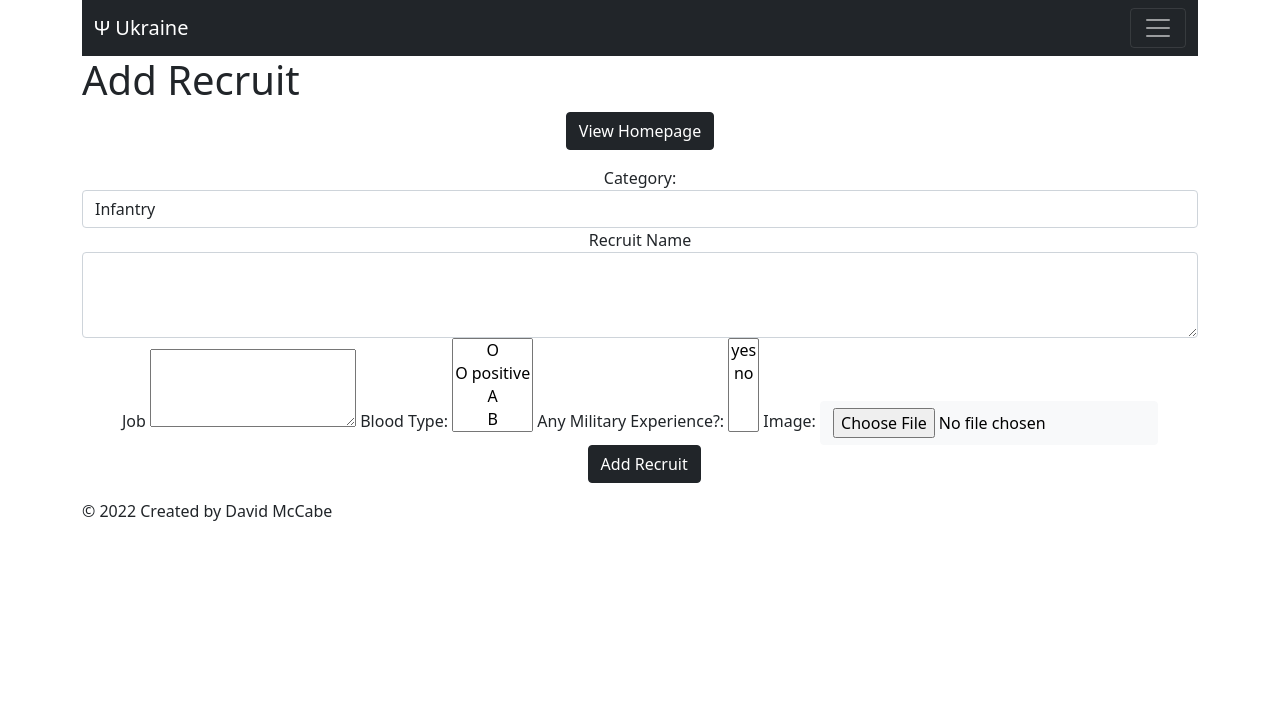
Repository: davidDKIT/ca2-davidmccabe-php
Page: http://localhost/add_record_form.php
An editor plug-in stored every save of this project. The page is shown before and after the next save, followed by the edit.
The browser window is 1280 px wide. The pictures show the whole page.
The page is run by PHP 8.4 with error messages shown; the project is at /var/www/html/. The database holds what the project's SQL file puts in it.

Above is the page before, as saved 2022-03-16 13:55:30.

### add_record_form.php
<?php
require('database.php');
$query = 'SELECT *
          FROM categories
          ORDER BY categoryID';
$statement = $db->prepare($query);
$statement->execute();
$categories = $statement->fetchAll();
$statement->closeCursor();
?>
<!-- the head section -->
<div class="container">
  <?php
  include('includes/header.php');
  ?>
  <h1>Add Recruit</h1>

  <form action="add_record.php" class="text-center method="post" enctype="multipart/form-data" id="add_record_form">
  <p><a class="btn btn-dark" href="index.php">View Homepage</a></p>
    <div class="form-group">
      <label for="exampleFormControlInput1">Category:</label>
      <select class="form-control" id="exampleFormControlInput1" name="category_id">
        <?php foreach ($categories as $category) : ?>
          <option value="<?php echo $category['categoryID']; ?>">
            <?php echo $category['categoryName']; ?>
          </option>
        <?php endforeach; ?>
      </select>
    </div>
    <div class="form-group">
      <label for="exampleFormControlTextarea1">Recruit Name</label>
      <textarea class="form-control" id="exampleFormControlTextarea1" name="recruitName" rows="3"></textarea>
      <label for="exampleFormControlTextarea1">Job</label>
      <textarea class="form-control, text-center" id="exampleFormControlTextarea1" name="job" rows="3"></textarea>
      <label for="exampleFormControlSelect2">Blood Type:</label>
      <select multiple class="form-control, text-center" id="exampleFormControlSelect2" name="bloodType">
        <option>O</option>
        <option>O positive</option>
        <option>A</option>
        <option>B</option>
        <option>AB</option>
      </select>
      <label for="exampleFormControlSelect2">Any Military Experience?:</label>
      <select multiple class="form-control, text-center" id="exampleFormControlSelect2" name="militaryExp">
        <option>yes</option>
        <option>no</option>
      </select>
      <label>Image:</label>
      <input class="btn btn-light" type="file" name="image" accept="image/*" />
      <br>
    </div>
    <label>&nbsp;</label>
    <input class="btn btn-dark" type="submit" value="Add Recruit">
    <br>
  </form>

  <?php
  include('includes/footer.php');
  ?>

### database.php
<?php
    $dsn = 'mysql:host=localhost;dbname=ukraine_signup';
    $username = 'root';
    $password = '';

    try {
        $db = new PDO($dsn, $username, $password);
    } catch (PDOException $e) {
        $error_message = $e->getMessage();
        include('database_error.php');
        exit();
    }
?>

### includes/header.php
<!-- the head section -->
<?php
if (isset($_POST['submit'])) {
  $searchValue = $_POST['search'];
  $con = new mysqli("localhost", "root", "", "ukraine_signup");
  if ($con->connect_error) {
    echo "connection Failed: " . $con->connect_error;
  } else {
    $sql = "SELECT * FROM recruits WHERE recruitName LIKE '%$searchValue%'";

    $result = $con->query($sql);
    while ($row = $result->fetch_assoc()) {
      echo "Recruit found in database: " . $row['recruitName'] . '<br>' . "Their job associated: " . $row['job'] . '<br>' . '<br>';
    }
  }
}
?>

<head>
  <title>Ukraine Sign Up</title>
  <link href="https://cdn.jsdelivr.net/npm/bootstrap@5.1.3/dist/css/bootstrap.min.css" rel="stylesheet" integrity="sha384-1BmE4kWBq78iYhFldvKuhfTAU6auU8tT94WrHftjDbrCEXSU1oBoqyl2QvZ6jIW3" crossorigin="anonymous">
  <!-- Custom styles for this template-->
  <script src="https://cdn.jsdelivr.net/npm/bootstrap@5.1.3/dist/js/bootstrap.bundle.min.js" integrity="sha384-ka7Sk0Gln4gmtz2MlQnikT1wXgYsOg+OMhuP+IlRH9sENBO0LRn5q+8nbTov4+1p" crossorigin="anonymous"></script>

</head>

<!-- the body section -->

<body>
  <nav class="navbar navbar-dark bg-dark">
    <div class="container-fluid">
      <a class="navbar-brand" href="main.php">Ψ Ukraine</a>
      <button class="navbar-toggler" type="button" data-bs-toggle="collapse" data-bs-target="#navbarNavDropdown" aria-controls="navbarNavDropdown" aria-expanded="false" aria-label="Toggle navigation">
        <span class="navbar-toggler-icon"></span>
      </button>
      <div class="collapse navbar-collapse" id="navbarNavDropdown">
        <ul class="navbar-nav">
          <li class="nav-item">
            <a class="nav-link active" aria-current="page" href="index.php">Home</a>
          </li>
          <li class="nav-item">
            <a class="nav-link" href="category_list.php">Manage Categories</a>
          </li>
          <li class="nav-item">
            <a class="nav-link" href="add_record_form.php">Add New Recruit</a>
          </li>


        </ul>
      </div>
    </div>
  </nav>

### includes/footer.php
<footer>
<p>&copy; <?php echo date("Y"); ?> Created by David McCabe</p>
</footer>
</div><!-- close div container -->
</body>
</html>

### data-for-your-database.sql (the tables this page reads)
CREATE TABLE `categories` (
  `categoryID` int(11) NOT NULL AUTO_INCREMENT,
  `categoryName` varchar(255) NOT NULL,
  PRIMARY KEY (categoryID)
) ENGINE=InnoDB DEFAULT CHARSET=utf8;

INSERT INTO `categories` (`categoryID`, `categoryName`) VALUES
(1, 'Infantry'),
(2, 'Airforce'),
(3, 'Tank Crew'),
(4, 'Bombers'),
(5, 'Sniper Team');

ALTER TABLE `categories`
  ADD PRIMARY KEY (`categoryID`);

ALTER TABLE `categories`
  MODIFY `categoryID` int(11) NOT NULL AUTO_INCREMENT, AUTO_INCREMENT=3;

After the next save:
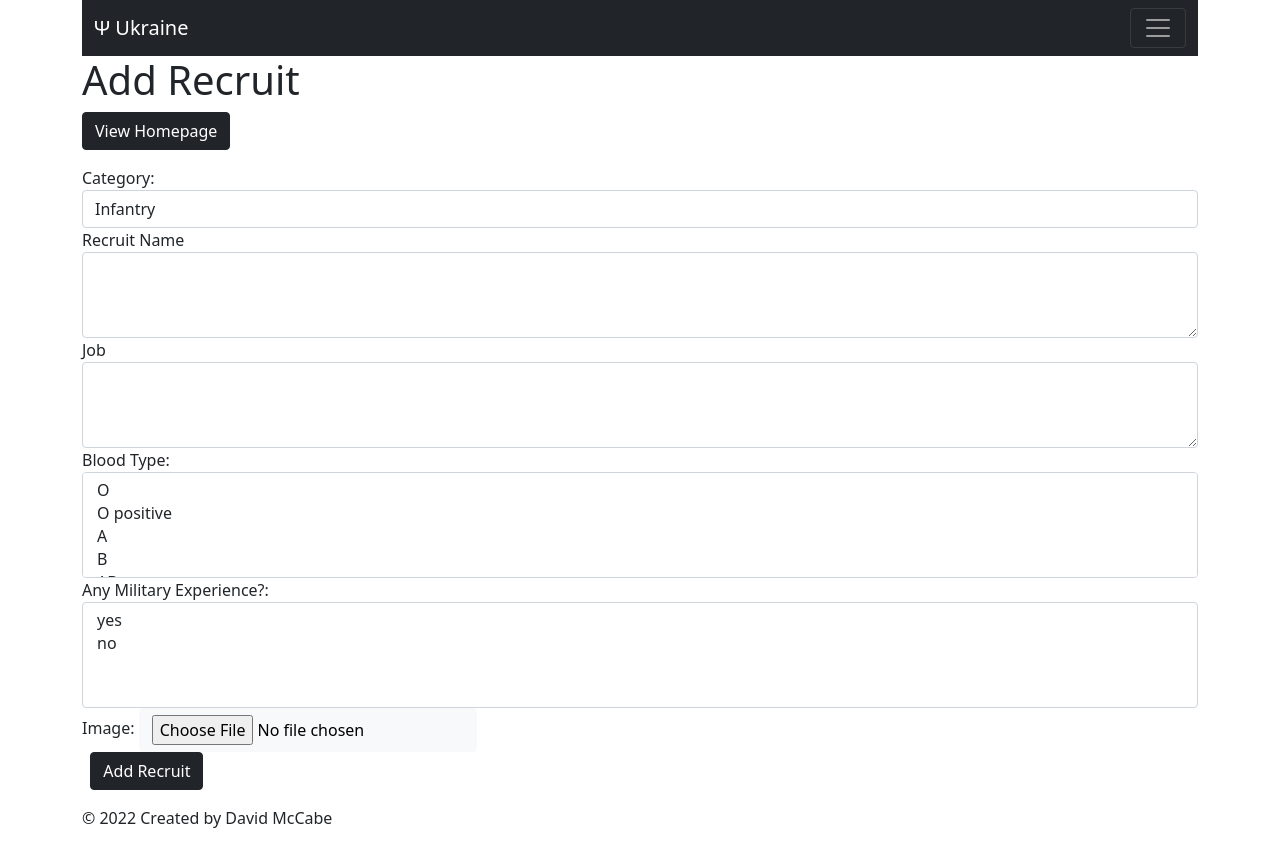
Saved 17 s later.
--- a/add_record_form.php
+++ b/add_record_form.php
@@ -15,7 +15,7 @@ $statement->closeCursor();
   ?>
   <h1>Add Recruit</h1>
 
-  <form action="add_record.php" class="text-center method="post" enctype="multipart/form-data" id="add_record_form">
+  <form action="add_record.php" method="post" enctype="multipart/form-data" id="add_record_form">
   <p><a class="btn btn-dark" href="index.php">View Homepage</a></p>
     <div class="form-group">
       <label for="exampleFormControlInput1">Category:</label>
@@ -31,9 +31,9 @@ $statement->closeCursor();
       <label for="exampleFormControlTextarea1">Recruit Name</label>
       <textarea class="form-control" id="exampleFormControlTextarea1" name="recruitName" rows="3"></textarea>
       <label for="exampleFormControlTextarea1">Job</label>
-      <textarea class="form-control, text-center" id="exampleFormControlTextarea1" name="job" rows="3"></textarea>
+      <textarea class="form-control" id="exampleFormControlTextarea1" name="job" rows="3"></textarea>
       <label for="exampleFormControlSelect2">Blood Type:</label>
-      <select multiple class="form-control, text-center" id="exampleFormControlSelect2" name="bloodType">
+      <select multiple class="form-control" id="exampleFormControlSelect2" name="bloodType">
         <option>O</option>
         <option>O positive</option>
         <option>A</option>
@@ -41,7 +41,7 @@ $statement->closeCursor();
         <option>AB</option>
       </select>
       <label for="exampleFormControlSelect2">Any Military Experience?:</label>
-      <select multiple class="form-control, text-center" id="exampleFormControlSelect2" name="militaryExp">
+      <select multiple class="form-control" id="exampleFormControlSelect2" name="militaryExp">
         <option>yes</option>
         <option>no</option>
       </select>
